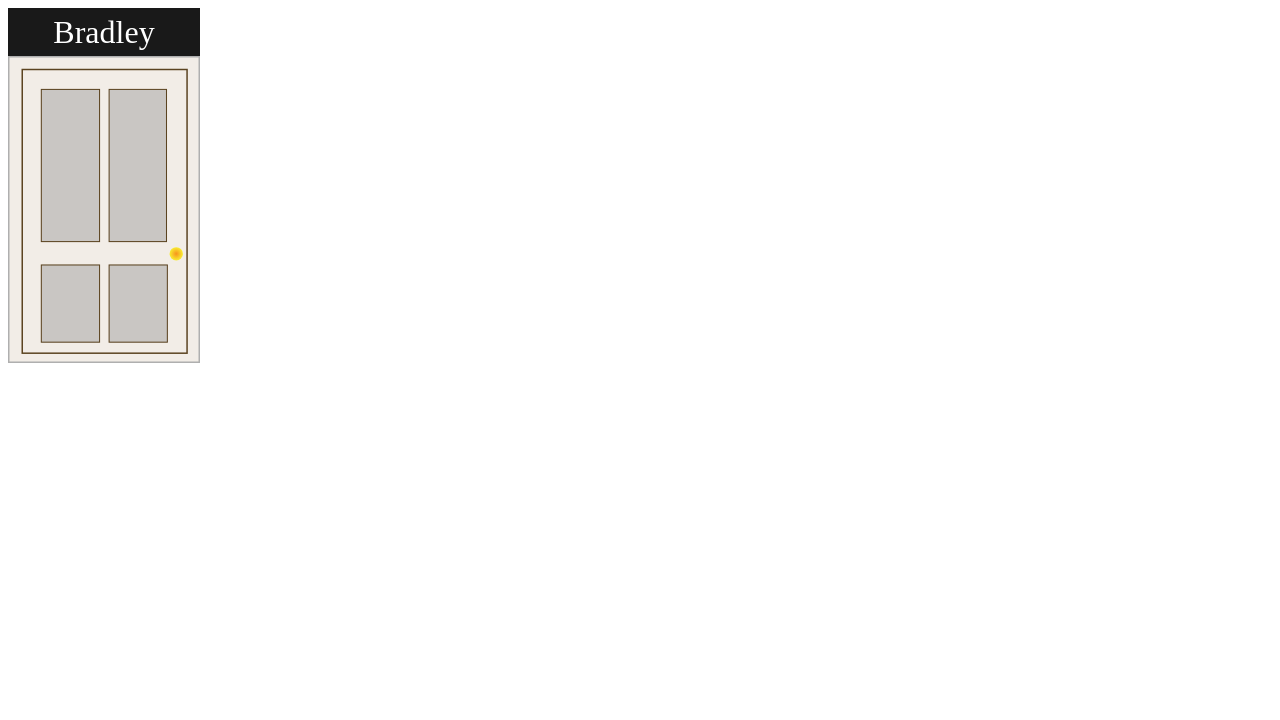
Repository: dnguyen130/HelpAHomieV3
Page: index.html
The author's editor kept a copy of each file at every save. The page is drawn from the files as they stood at one save, then again after the next save.
The browser window is 1280 px wide. The pictures show the whole page.

Above is the page before, as saved 2021-03-10 18:58:58.

### index.html
<!DOCTYPE html>
<html lang="en">
<head>
    <meta charset="UTF-8">
    <meta http-equiv="X-UA-Compatible" content="IE=edge">
    <meta name="viewport" content="width=device-width, initial-scale=1.0">
    <link rel="stylesheet" href="styles.css" type="text/css">
    <title>Document</title>
</head>
<body>

    <div class="main">
        <div class="doortest"></div>
    </div>
    <script src="./comps/Door/index.js"></script>
    <script src="workflow.js"></script>
</body>
</html>

### comps/Door/index.js
function DoorUI(image="images/doorclosed.svg", hoverimage="images/dooropened.svg", text="Bradley"){
    return `
        <div style="
            width: 12rem;
            height: 24rem;
            display: flex;
            flex-direction: column;
            align-items: center;
        ">
            <div style="
                width: 12rem;
                height: 3rem;
                font-size: 2rem;
                background-color: #191919;
                color: white;
                display: flex;
                align-items: center;
                justify-content: center;
            ">${text}
            </div>
            <img
            src="${image}"
            onmouseover="this.src='${hoverimage}'"
            onmouseout="this.src='${image}'"
            />
        </div>
    `
}


// export const Door = DoorUI();

### workflow.js
document.querySelector(".doortest").innerHTML += DoorUI();

Loaded but not shown: styles.css (no stored copy; drawn as an empty file)

After the next save:
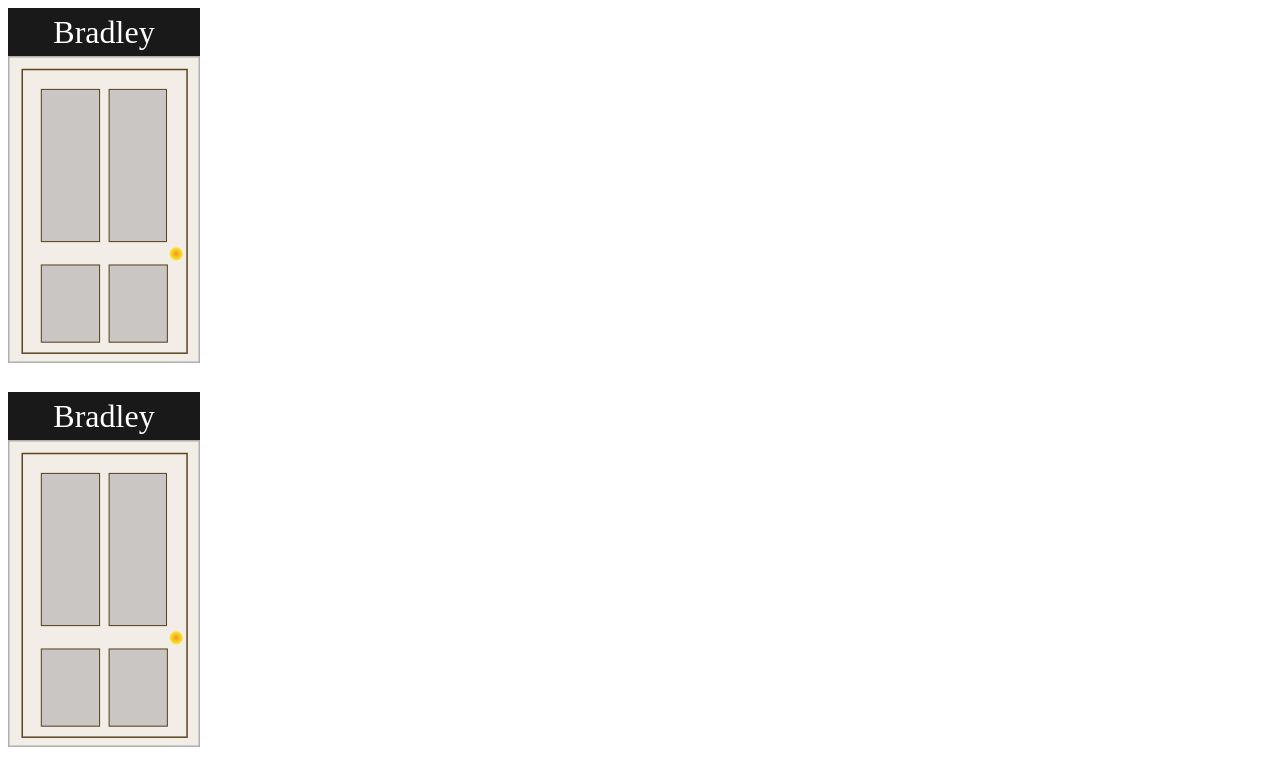
Saved 16 s later.
--- a/workflow.js
+++ b/workflow.js
@@ -1 +1,2 @@
 document.querySelector(".doortest").innerHTML += DoorUI();
+document.querySelector(".doortest").innerHTML += DoorUI();
